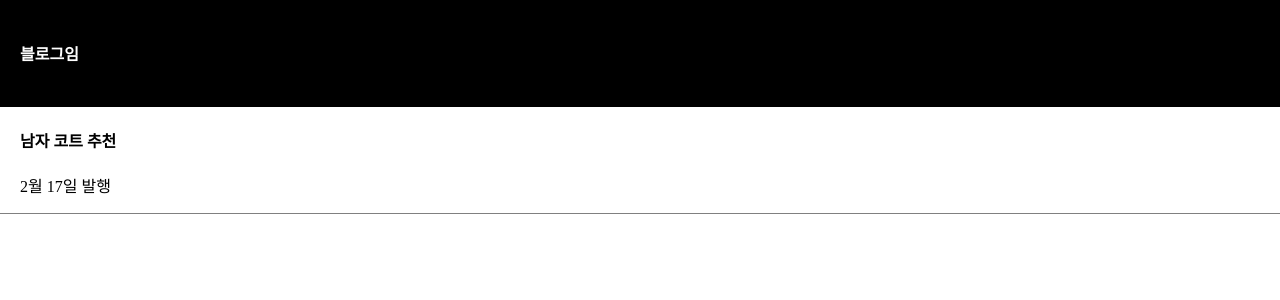
Repository: thinkseaweave/applecoding
Page: /
These files come from the project's save history. The page is drawn as it stood at one moment and after the next save; the edit follows.
The browser window is 1280 px wide. The pictures show the whole page.
The project was rebuilt for these pictures with package versions that can differ from the ones it lists, and the page was loaded fresh each time. Also part of the build but not shown: vite.config.js, src/index.css.

Above is the page before, as saved 2025-01-26 08:57:40.

### src/App.jsx
import { useState } from "react";
import "./App.css";

function App() {
  const post = "강남 우동 맛집";
  let [글제목, b] = useState("남자 코트 추천");
  let [logo, setLogo] = useState("reactBlog");

  return (
    <div className="App">
      <div className="black-nav">
        <h4 id={post}>블로그임</h4>
      </div>
      <div className="list">
        <h4>{글제목}</h4>
        <p> 2월 17일 발행</p>
      </div>
      {/* <h4 style={{ color: "blue", fontSize: "30px" }}>{post}</h4> */}
    </div>
  );
}

export default App;

### src/App.css
body {
  margin: 0;
}

div {
  box-sizing: border-box;
}
.list {
  text-align: left;
  padding-left: 20px;
  border-bottom: 1px solid grey;
}

.black-nav {
  background: black;
  width: 100%;
  display: flex;
  color: white;
  padding: 20px;
}

Loaded but not shown: index.html (common file); src/main.jsx (common file)

After the next save:
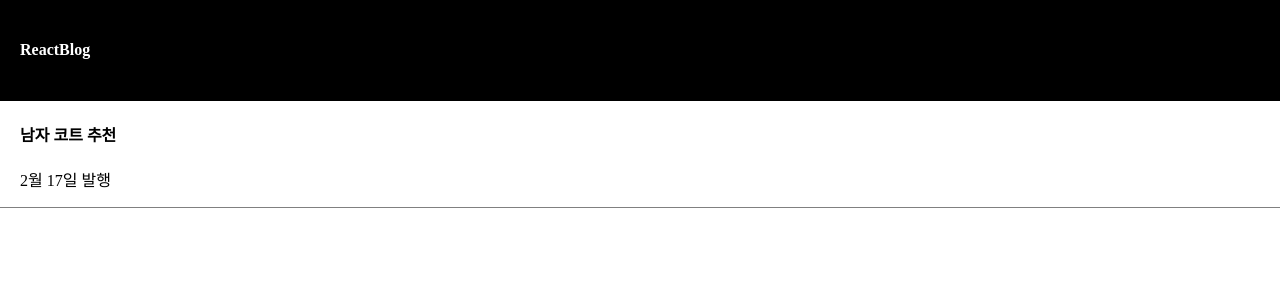
Saved 31 s later.
--- a/src/App.jsx
+++ b/src/App.jsx
@@ -9,7 +9,7 @@ function App() {
   return (
     <div className="App">
       <div className="black-nav">
-        <h4 id={post}>블로그임</h4>
+        <h4>ReactBlog</h4>
       </div>
       <div className="list">
         <h4>{글제목}</h4>
